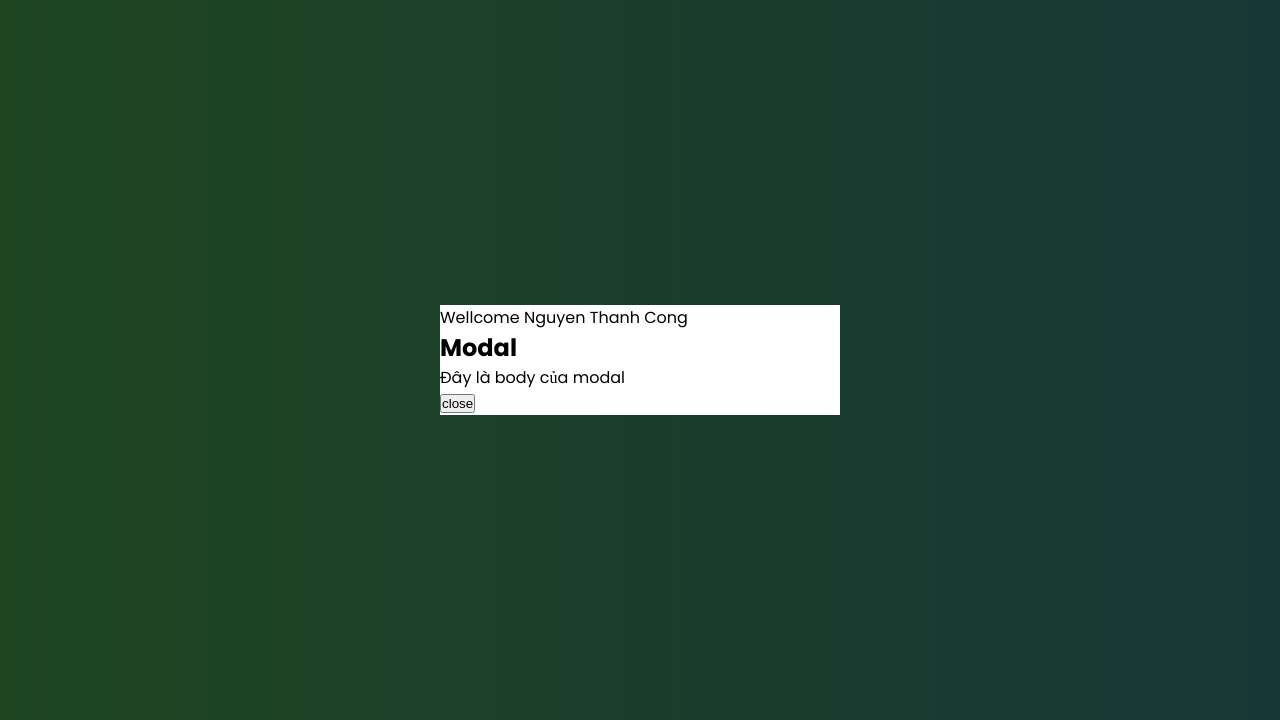
Repository: congnt98/Lean-javascript-in-project
Page: 30Days/3_Modal/index.html
These files come from the project's save history. The page is drawn as it stood at one moment and after the next save; the edit follows.
The browser window is 1280 px wide. The pictures show the whole page.

Above is the page before, as saved 2024-02-18 20:19:08.

### 30Days/3_Modal/index.html
<!DOCTYPE html>
<html lang="en">

<head>
    <meta charset="UTF-8">
    <meta name="viewport" content="width=device-width, initial-scale=1.0">
    <title>Product Card</title>
    <link rel="stylesheet" href="./style.css">
    <link href='https://unpkg.com/boxicons@2.1.4/css/boxicons.min.css' rel='stylesheet'>
    <link
        href="https://fonts.googleapis.com/css2?family=Poppins:ital,wght@0,100;0,200;0,300;0,400;0,500;0,600;0,700;0,800;0,900;1,100;1,200;1,300;1,400;1,500;1,600;1,700;1,800;1,900&display=swap"
        rel="stylesheet">
    <link rel="stylesheet" href="https://cdnjs.cloudflare.com/ajax/libs/font-awesome/6.5.1/css/all.min.css">
</head>

<body>
    <div class="warapper">
        <button class="btn-modal-open">
            Open Modal
        </button>
        <div class="modal">
            <div class="modal__inner">
                <div class="modal__header">Wellcome Nguyen Thanh Cong</div>
                <div class="modal__body">
                    <h2 class="title">Modal</h2>
                    <span>Đây là body của modal</span>
                </div>
                <div class="modal__footer">
                    <button class="btn-close">close</button>
                </div>
            </div>
        </div>
    </div>
    <script src="./app.js"></script>
</body>

</html>

### 30Days/3_Modal/style.css
:root {
    --pink-color: #f26a87;
}

* {
    margin: 0;
    padding: 0;
    box-sizing: border-box;
}

body {
    min-height: 100vh;
    background: linear-gradient(to right, #4daf54, #3d8888);
    display: flex;
    justify-content: center;
    align-items: center;
    font-family: "poppins";
}

.warapper {
    max-width: 1200px;
    margin: 0 auto;
    width: 100%;
}

.btn-modal-open {
    display: inline-block;
    position: relative;
    left: 50%;
    transform: translateX(-50%);
    padding: 10px 20px;
    border-radius: 5px;
    outline: none;
    border: none;
    font-size: 25px;
    font-weight: 700;
}

.modal {
    position: fixed;
    top: 0;
    right: 0;
    bottom: 0;
    left: 0;
    background-color: rgb(0, 0, 0, 0.6);
}

.modal__inner {
    width: 400px;
    position: relative;
    overflow: hidden;
    top: 50%;
    left: 50%;
    transform: translate(-50%, -50%);
    color: #000;
    z-index: 1111;
    background-color: #fff;
}

.modal__header {
    background-color: ;
}

.modal__body {}

.modal__footer {}

Loaded but not shown: 30Days/3_Modal/app.js (no copy from this time; the picture is the same without it)

After the next save:
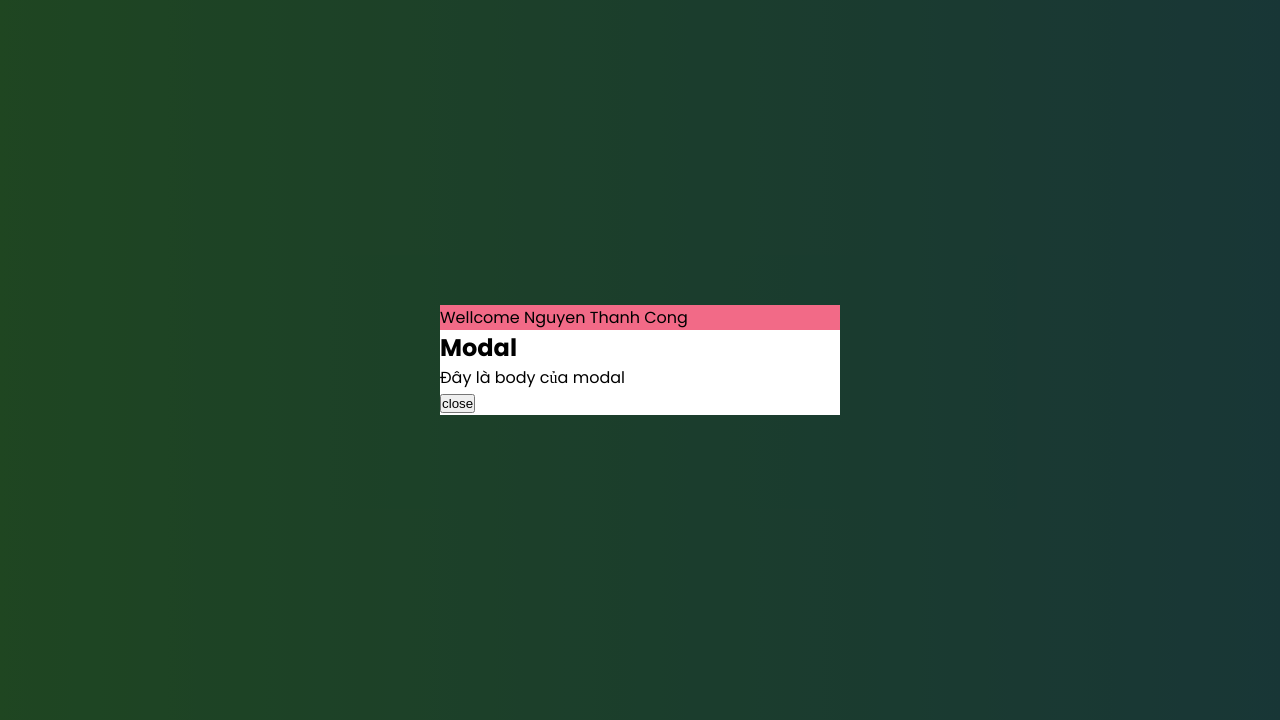
Saved 7 s later.
--- a/30Days/3_Modal/style.css
+++ b/30Days/3_Modal/style.css
@@ -58,7 +58,7 @@ body {
 }
 
 .modal__header {
-    background-color: ;
+    background-color: var(--pink-color);
 }
 
 .modal__body {}
